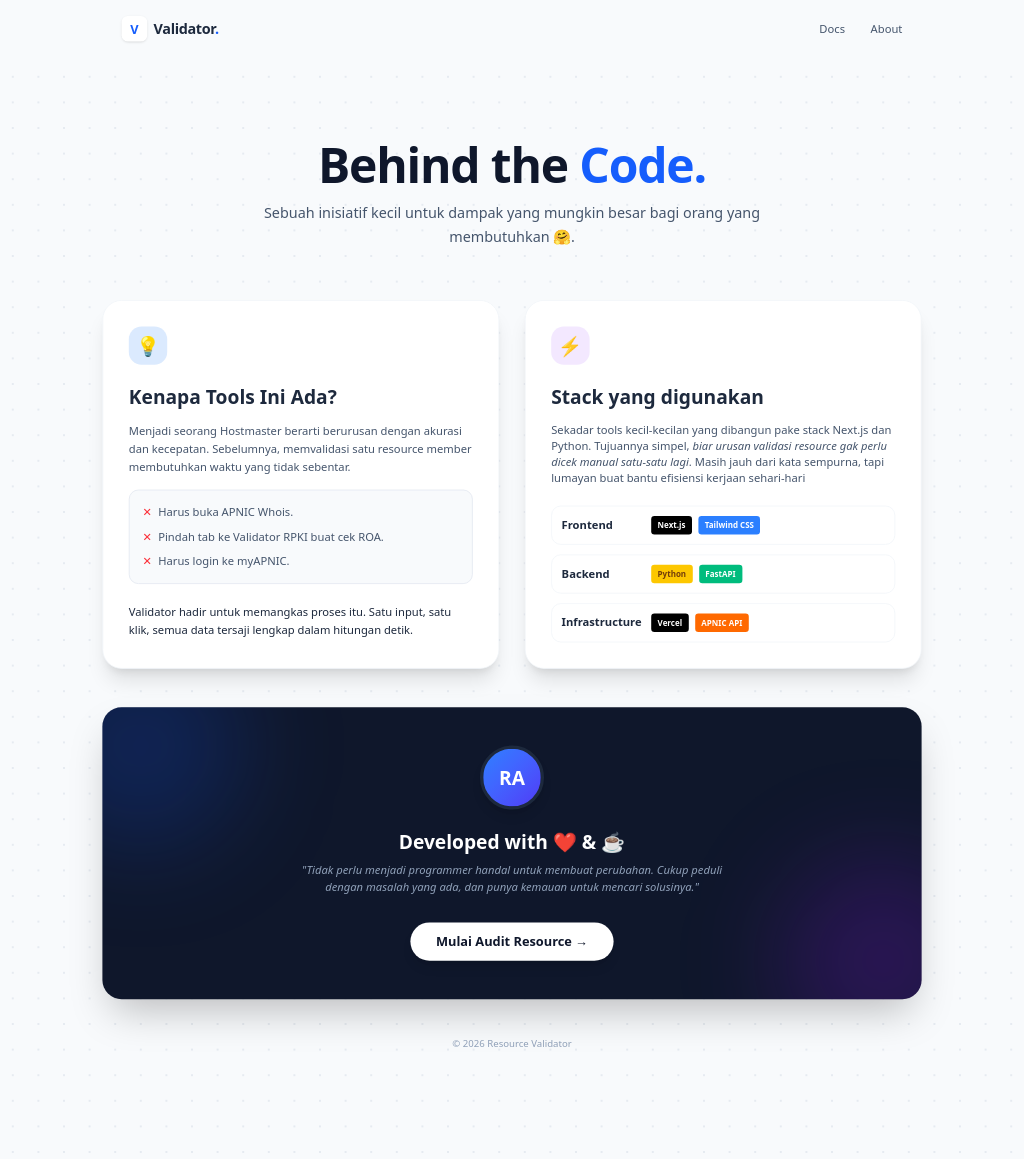
Repository: KilluaProject/resource_validator
Page: /about
An editor plug-in stored every save of this project. The page is shown before and after the next save, followed by the edit.
The browser window is 1280 px wide. The pictures show the whole page, at 80% of full size.
The project was rebuilt for these pictures with package versions that can differ from the ones it lists, and the page was loaded fresh each time. The framework's server and built-in components were replaced by stand-ins that run in the browser. Also part of the build but not shown: next.config.ts.

Above is the page before, as saved 2026-01-12 14:26:37.

After the next save:
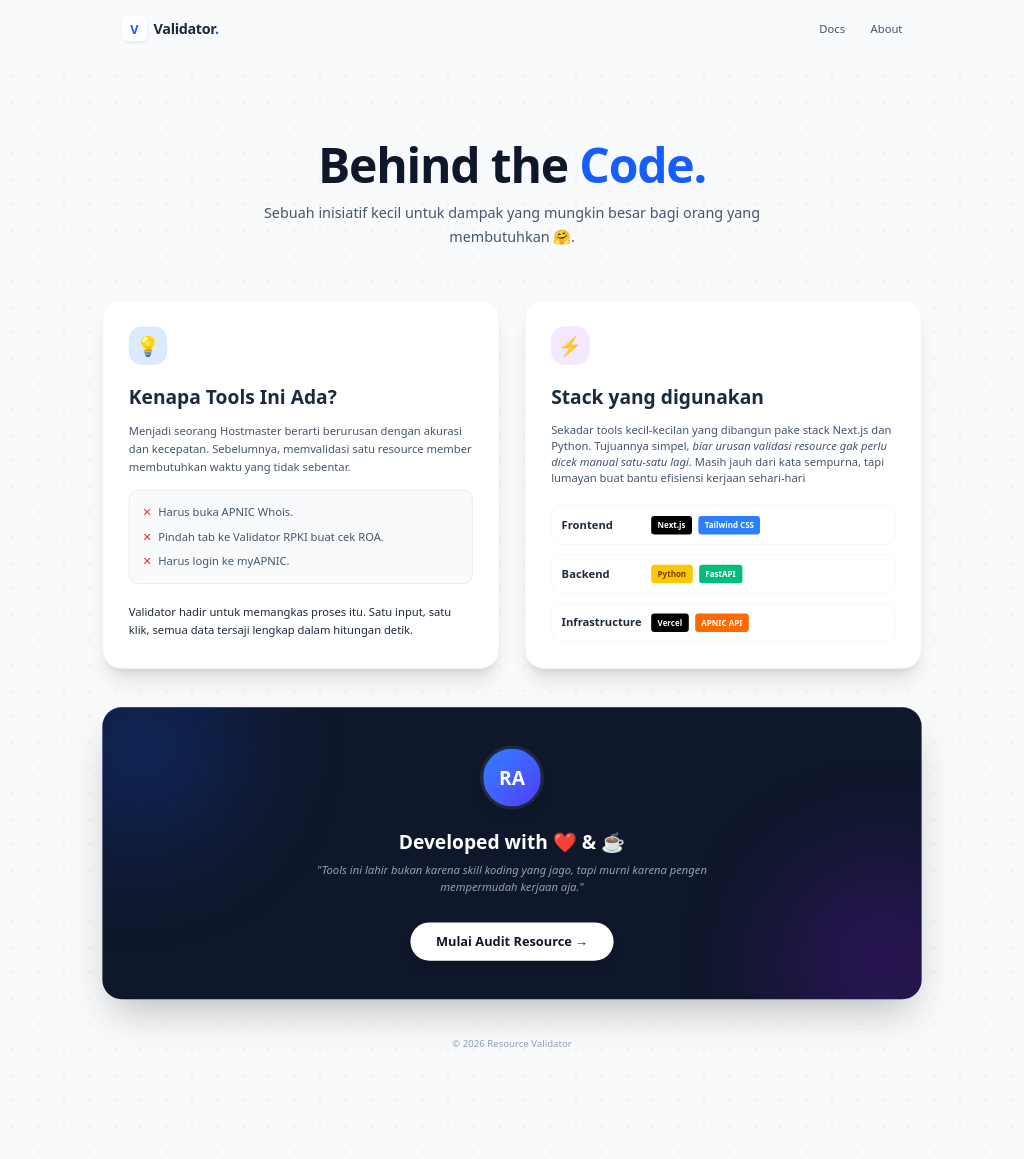
Saved 19 min 12 s later.
--- a/app/about/page.tsx
+++ b/app/about/page.tsx
@@ -106,7 +106,7 @@
               </h3>
 
               <blockquote className="max-w-xl mx-auto text-slate-400 text-sm italic leading-relaxed mb-8">
-                &quot;Tidak perlu menjadi programmer handal untuk membuat perubahan. Cukup peduli dengan masalah yang ada, dan punya kemauan untuk mencari solusinya.&quot;
+                &quot;Tools ini lahir bukan karena skill koding yang jago, tapi murni karena pengen mempermudah kerjaan aja.&quot;
               </blockquote>
 
               <Link href="/" className="px-8 py-3 bg-white text-slate-900 font-bold rounded-full hover:bg-blue-50 transition-colors shadow-lg hover:shadow-xl hover:-translate-y-0.5">
